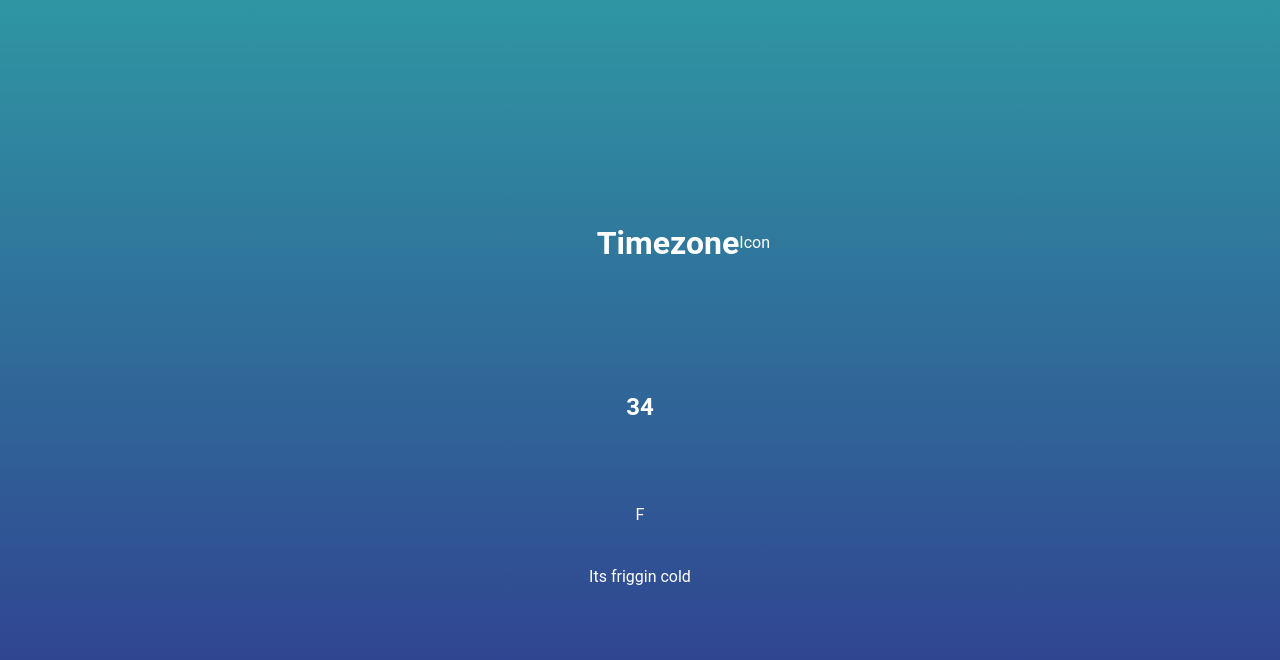
Repository: BaczkiewiczDawid/weatherApp
Page: index.html
These files come from the project's save history. The page is drawn as it stood at one moment and after the next save; the edit follows.
The browser window is 1280 px wide. The pictures show the whole page.

Above is the page before, as saved 2020-02-22 19:19:56.

After the next save:
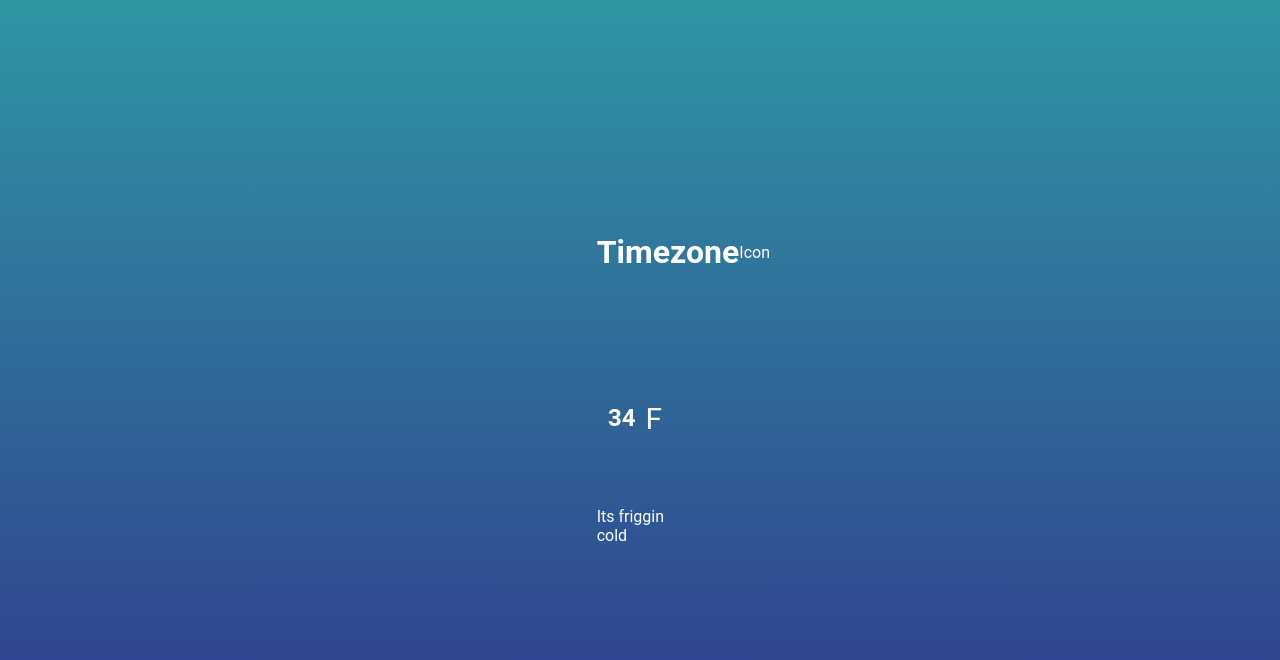
Saved 2 min 9 s later.
--- a/index.html
+++ b/index.html
@@ -11,9 +11,11 @@
         <p>Icon</p>
     </div>
     <div class="temperature">
-        <h2 class="degree">34</h2>
-        <span>F</span>
+        <div class="degree-section">
+            <h2 class="temperature-degree">34</h2>
+            <span>F</span>
+        </div>
+        <div class="temperature-description">Its friggin cold</div>
     </div>
-    <div class="temperature-description">Its friggin cold</div>
     <script src="app.js"></script>
 </body>
